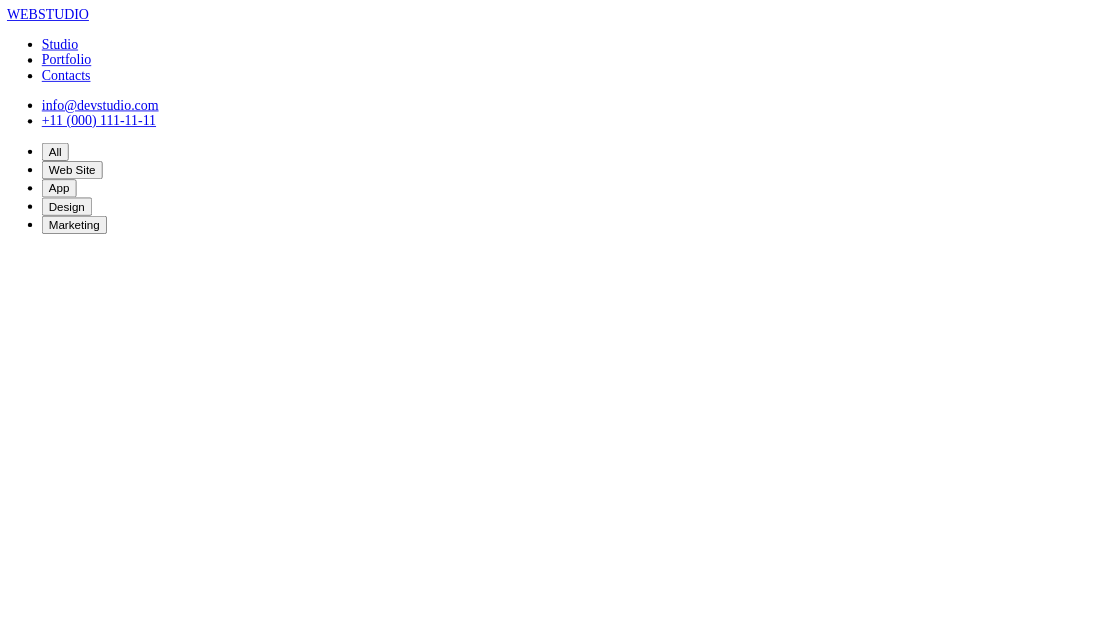
Repository: jandiman/goit-markup-hw-02
Page: portfolio.html
An editor plug-in stored every save of this project. The page is shown before and after the next save, followed by the edit.
The browser window is 1280 px wide. The pictures show the whole page, at 87% of full size.

Above is the page before, as saved 2023-06-30 23:12:37.

After the next save:
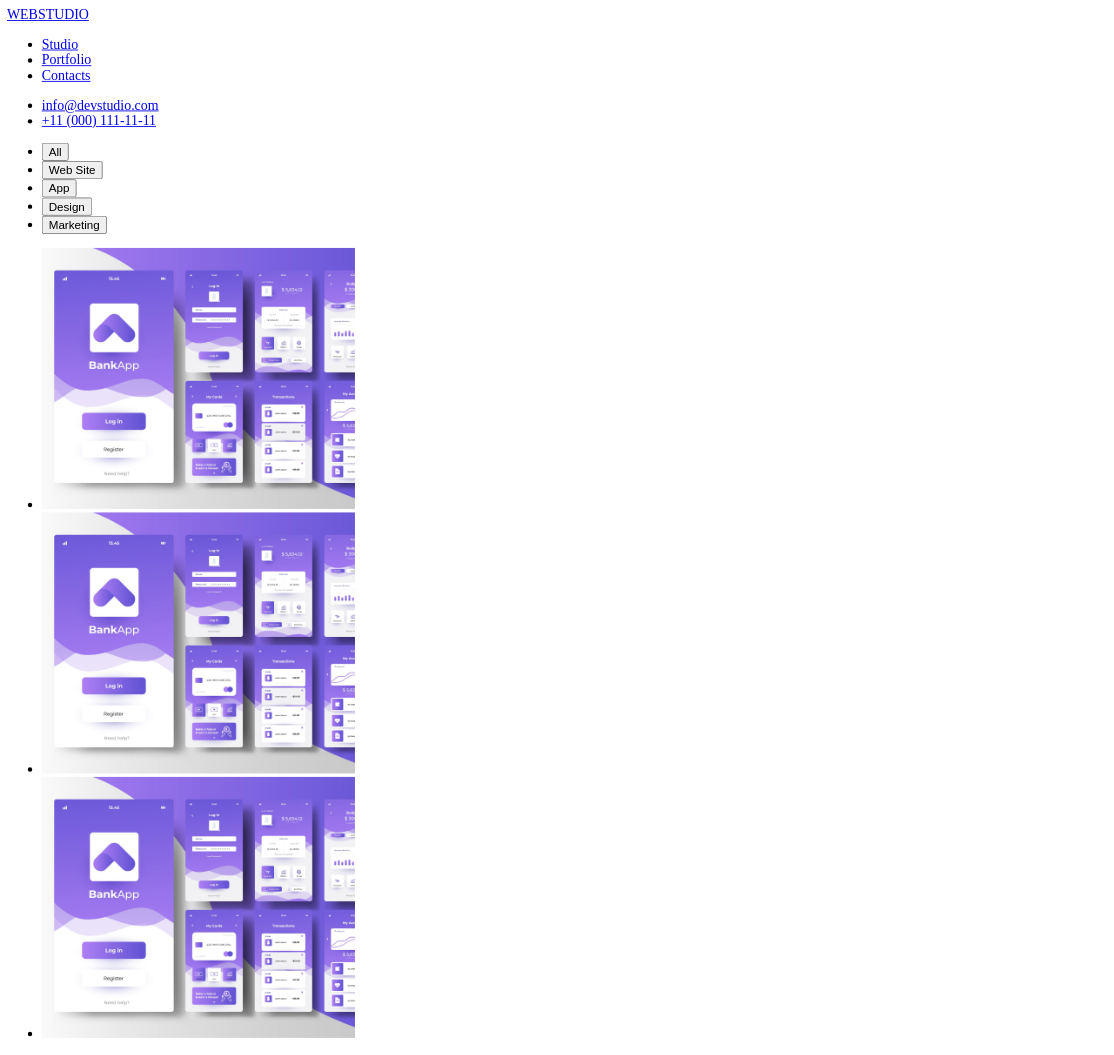
Saved 4 min 57 s later.
--- a/portfolio.html
+++ b/portfolio.html
@@ -15,7 +15,7 @@
         <!--links-->
         <ul>
           <li><a href="./index.html">Studio</a></li>
-          <li><a href="#">Portfolio</a></li>
+          <li><a href="./portfolio.html">Portfolio</a></li>
           <li><a href="#">Contacts</a></li>
         </ul>
       </nav>
@@ -29,8 +29,6 @@
     <main>
       <!-- Filters  -->
       <section>
-        <h2 hidden>Filters</h2>
-
         <ul>
           <li><button type="button">All</button></li>
           <li><button type="button">Web Site</button></li>
@@ -39,6 +37,34 @@
           <li><button type="button">Marketing</button></li>
         </ul>
       </section>
+
+      <!-- Projects  -->
+      <!-- Row 1 -->
+      <section>
+        <ul>
+          <li>
+            <img
+              src="./images/Portfolio images/img 1.jpg"
+              alt="img 1"
+              width="360"
+            />
+          </li>
+          <li>
+            <img
+              src="./images/Portfolio images/img 1.jpg"
+              alt="img 1"
+              width="360"
+            />
+          </li>
+          <li>
+            <img
+              src="./images/Portfolio images/img 1.jpg"
+              alt="img 1"
+              width="360"
+            />
+          </li>
+        </ul>
+      </section>
     </main>
   </body>
 </html>
